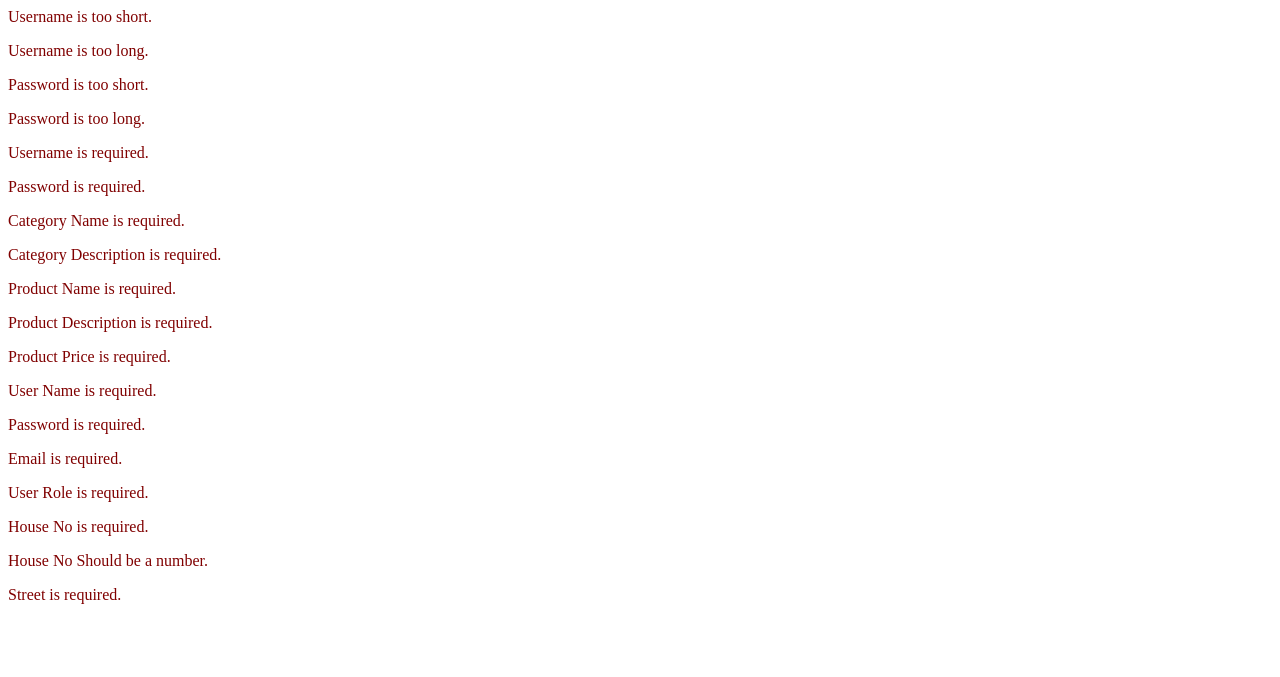
Repository: sathishnaik/PetSupplies
Page: webshopusermodule/WebContent/resources/messages.html
An editor plug-in stored every save of this project. The page is shown before and after a run of saves, followed by the edit.
The browser window is 1280 px wide. The pictures show the whole page.

Above is the page before, as saved 2016-05-24 11:44:08.

### webshopusermodule/WebContent/resources/messages.html

<p ng-show="loginForm.username.$error.minlength && loginForm.username.$touched" style="color:maroon" role="alert">Username is too short.</p>
<p ng-show="loginForm.username.$error.maxlength && loginForm.username.$touched" style="color:maroon" role="alert">Username is too long.</p>
<p ng-show="loginForm.password.$error.minlength && loginForm.password.$touched" style="color:maroon" role="alert">Password is too short.</p>
<p ng-show="loginForm.password.$error.maxlength && loginForm.password.$touched" style="color:maroon" role="alert">Password is too long.</p>

<p ng-show="loginForm.username.$error.required && loginForm.username.$touched" style="color:maroon" role="alert">Username is required.</p>
<p ng-show="loginForm.password.$error.required && loginForm.password.$touched" style="color:maroon" role="alert">Password is required.</p>

<p ng-show="categoryForm.categoryName.$error.required && categoryForm.categoryName.$touched" style="color:maroon" role="alert">Category Name is required.</p>
<p ng-show="categoryForm.categoryDescription.$error.required && categoryForm.categoryDescription.$touched" style="color:maroon" role="alert">Category Description is required.</p>

<p ng-show="productForm.productName.$error.required && productForm.productName.$touched" style="color:maroon" role="alert">Product Name is required.</p>
<p ng-show="productForm.productDescription.$error.required && productForm.productDescription.$touched" style="color:maroon" role="alert">Product Description is required.</p>
<p ng-show="productForm.productPrice.$error.required && productForm.productPrice.$touched" style="color:maroon" role="alert">Product Price is required.</p>

<p ng-show="userForm.username.$error.required && userForm.username.$touched" style="color:maroon" role="alert">User Name is required.</p>
<p ng-show="userForm.password.$error.required && userForm.password.$touched" style="color:maroon" role="alert">Password is required.</p>
<p ng-show="userForm.email.$error.required && userForm.email.$touched" style="color:maroon" role="alert">Email is required.</p>
<p ng-show="userForm.userRole.$error.required && userForm.userRole.$touched" style="color:maroon" role="alert">User Role is required.</p>
<p ng-show="userForm.houseNo.$error.required && userForm.houseNo.$touched" style="color:maroon" role="alert">House No is required.</p>
<p ng-show="userForm.houseNo.$error.number&&userForm.houseNo.$touched" style="color:maroon" role="alert">House No Should be a number.</p>
<p ng-show="userForm.street.$error.required && userForm.street.$touched" style="color:maroon" role="alert">Street is required.</p>

After the next 2 saves:
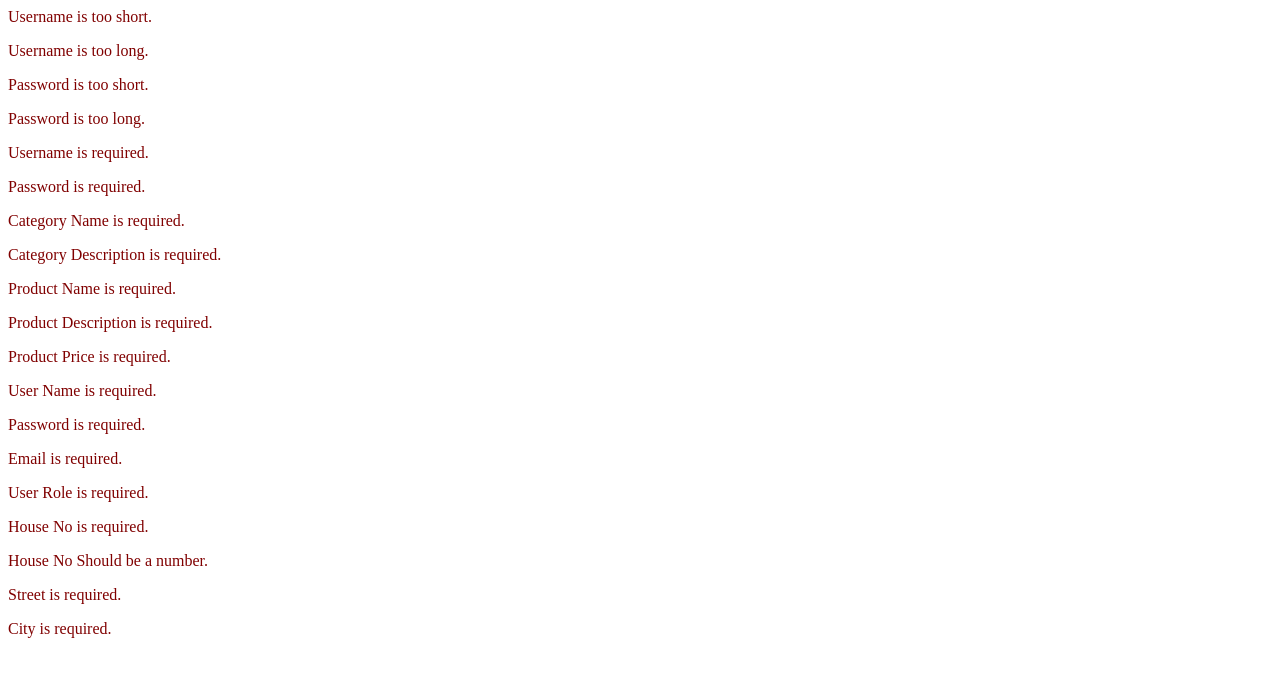
The 2 saves are shown as one change because they came seconds apart.
The last was saved 28 s later.
--- a/webshopusermodule/WebContent/resources/messages.html
+++ b/webshopusermodule/WebContent/resources/messages.html
@@ -21,3 +21,4 @@
 <p ng-show="userForm.houseNo.$error.required && userForm.houseNo.$touched" style="color:maroon" role="alert">House No is required.</p>
 <p ng-show="userForm.houseNo.$error.number&&userForm.houseNo.$touched" style="color:maroon" role="alert">House No Should be a number.</p>
 <p ng-show="userForm.street.$error.required && userForm.street.$touched" style="color:maroon" role="alert">Street is required.</p>
+<p ng-show="userForm.city.$error.required && userForm.city.$touched" style="color:maroon" role="alert">City is required.</p>
